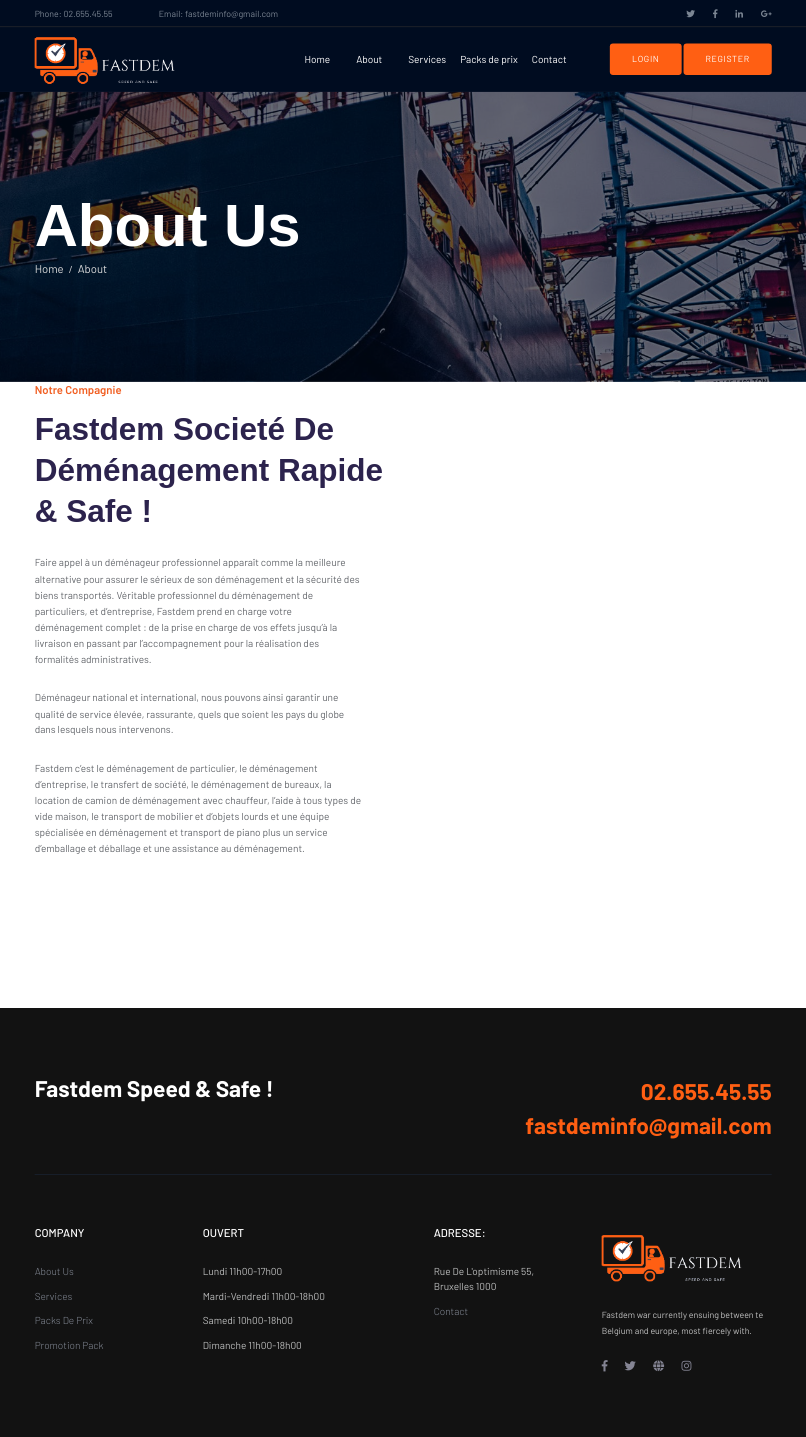
Repository: adamprefo/fastdemTFE
Page: http://localhost/about
The author's editor kept a copy of each file at every save. The page is drawn from the files as they stood at one save, then again after the next save.
The browser window is 1280 px wide. The pictures show the whole page, at 63% of full size.
Some web fonts or font styles are not loaded; a fallback is used. The page is served by the project's Laravel application, run on PHP 8.4 with Laravel 8.

Above is the page before, as saved 2021-10-05 14:16:14.

After the next save:
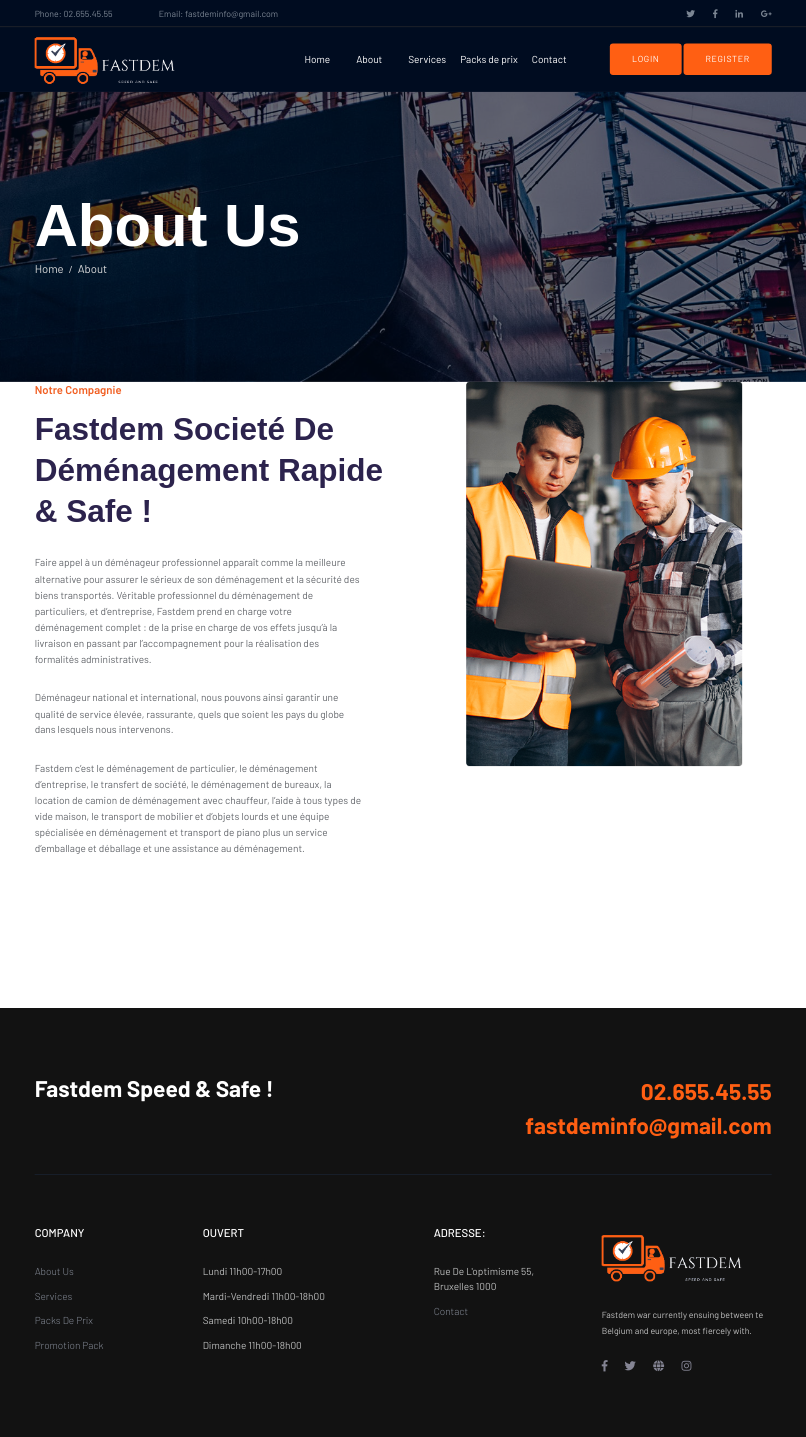
Saved 17 s later.
--- a/resources/views/about.blade.php
+++ b/resources/views/about.blade.php
@@ -274,7 +274,7 @@
                         <!-- about-img -->
                         <div class="about-img ">
                             <div class="about-font-img">
-                                <img src="assets/img/gallery/about2.jpg" alt="">
+                                <img src="assets/img/gallery/about2.png" alt="">
                             </div>
                             <div class="about-back-img d-none d-lg-block">
                                 <img src="assets/img/gallery/about1.png" alt="">
